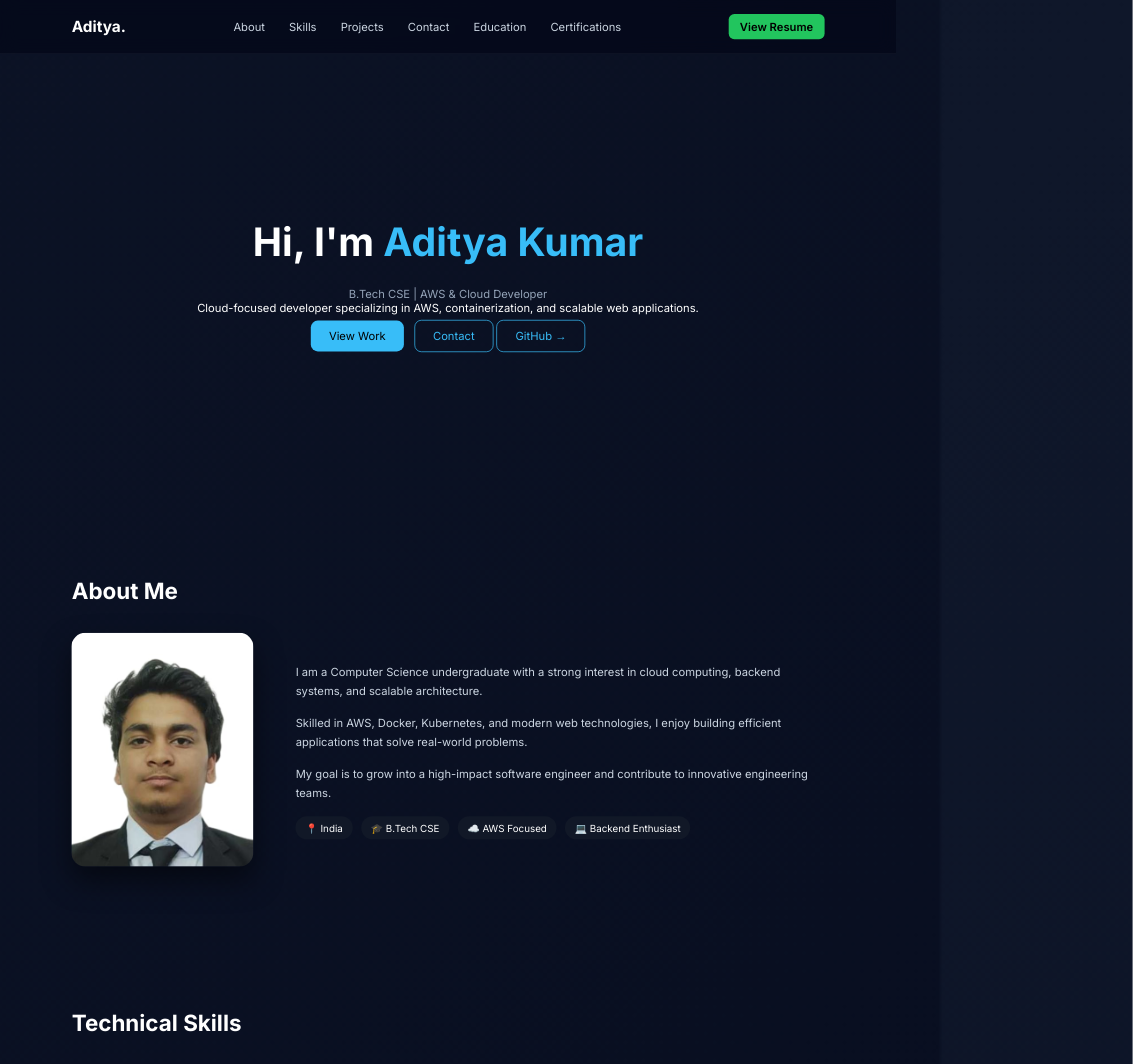
Repository: Aditya2419/My-Portfolio
Page: index.html
These files come from the project's save history. The page is drawn as it stood at one moment and after the next save; the edit follows.
The browser window is 1280 px wide. The page is 1618 px wide, then 1280 px, so the pictures cover 1618 px, including what lies to the right of the window. The pictures show the part of the page from y = 0 to 1520 px (the page is 8366 px tall before and 4363 px after), at 70% of full size.

Above is the page before, as saved 2026-02-18 22:57:43.
Console error: TypeError: Cannot set properties of null (setting 'textContent')

After the next save:
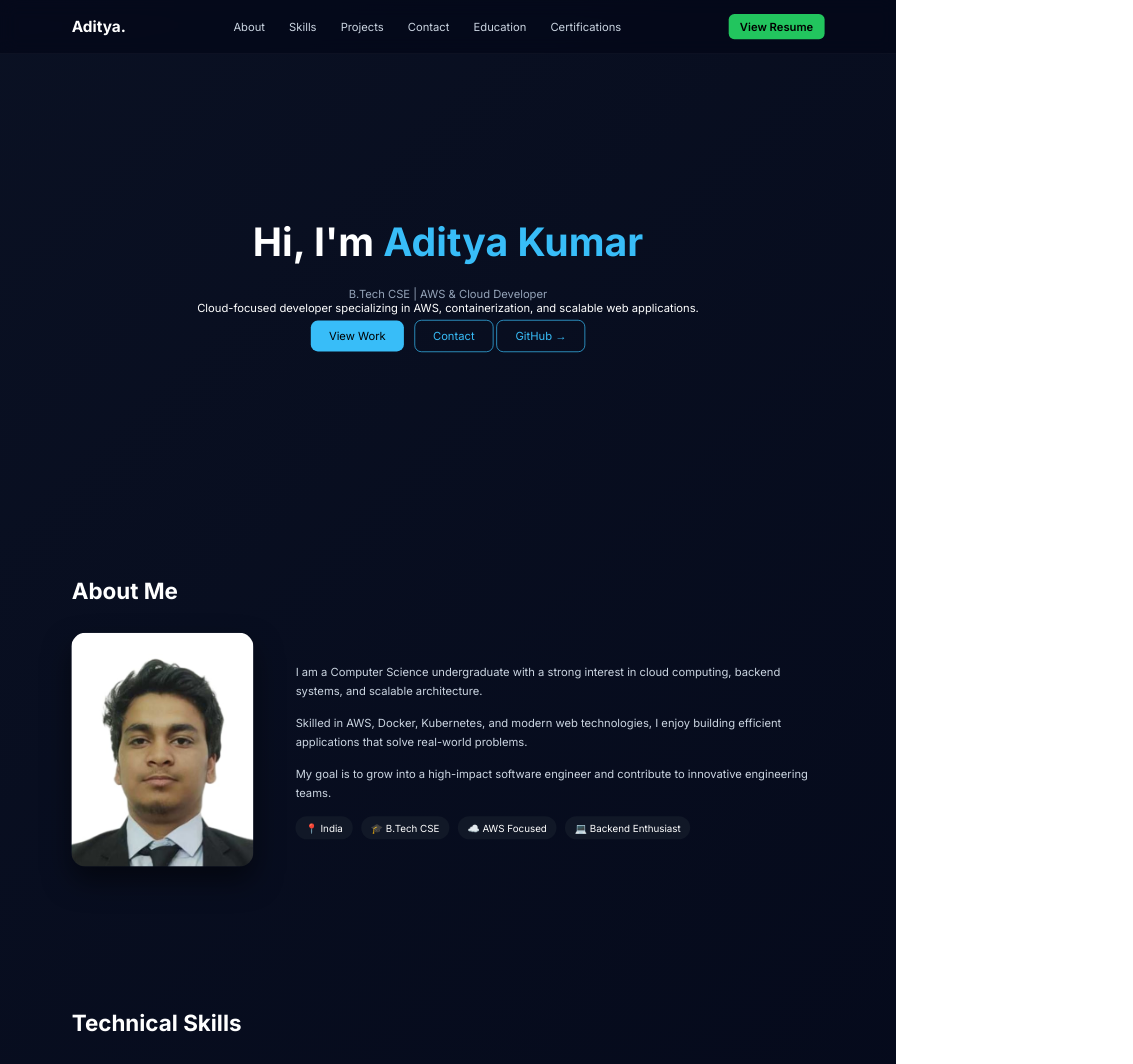
Saved 3 min 7 s later.
--- a/style.css
+++ b/style.css
@@ -322,3 +322,50 @@
     padding:40px;
     color:#94a3b8;
     }
+    /* CERTIFICATE GRID */
+
+.cert-grid{
+    display:grid;
+    grid-template-columns:repeat(auto-fit,minmax(300px,1fr));
+    gap:30px;
+    margin-top:40px;
+    }
+
+    .cert-item{
+    position:relative;
+    overflow:hidden;
+    border-radius:16px;
+    cursor:pointer;
+    box-shadow:0 10px 30px rgba(0,0,0,.4);
+    transition:.4s;
+    }
+
+    .cert-item img{
+    width:100%;
+    display:block;
+    transition:.4s ease;
+    }
+
+    /* Zoom effect */
+    .cert-item:hover img{
+    transform:scale(1.08);
+    }
+
+    /* Overlay */
+
+    .cert-overlay{
+    position:absolute;
+    bottom:0;
+    left:0;
+    width:100%;
+    background:linear-gradient(to top, rgba(0,0,0,0.8), transparent);
+    color:white;
+    padding:20px;
+    font-weight:600;
+    opacity:0;
+    transition:.4s;
+    }
+
+    .cert-item:hover .cert-overlay{
+    opacity:1;
+    }
